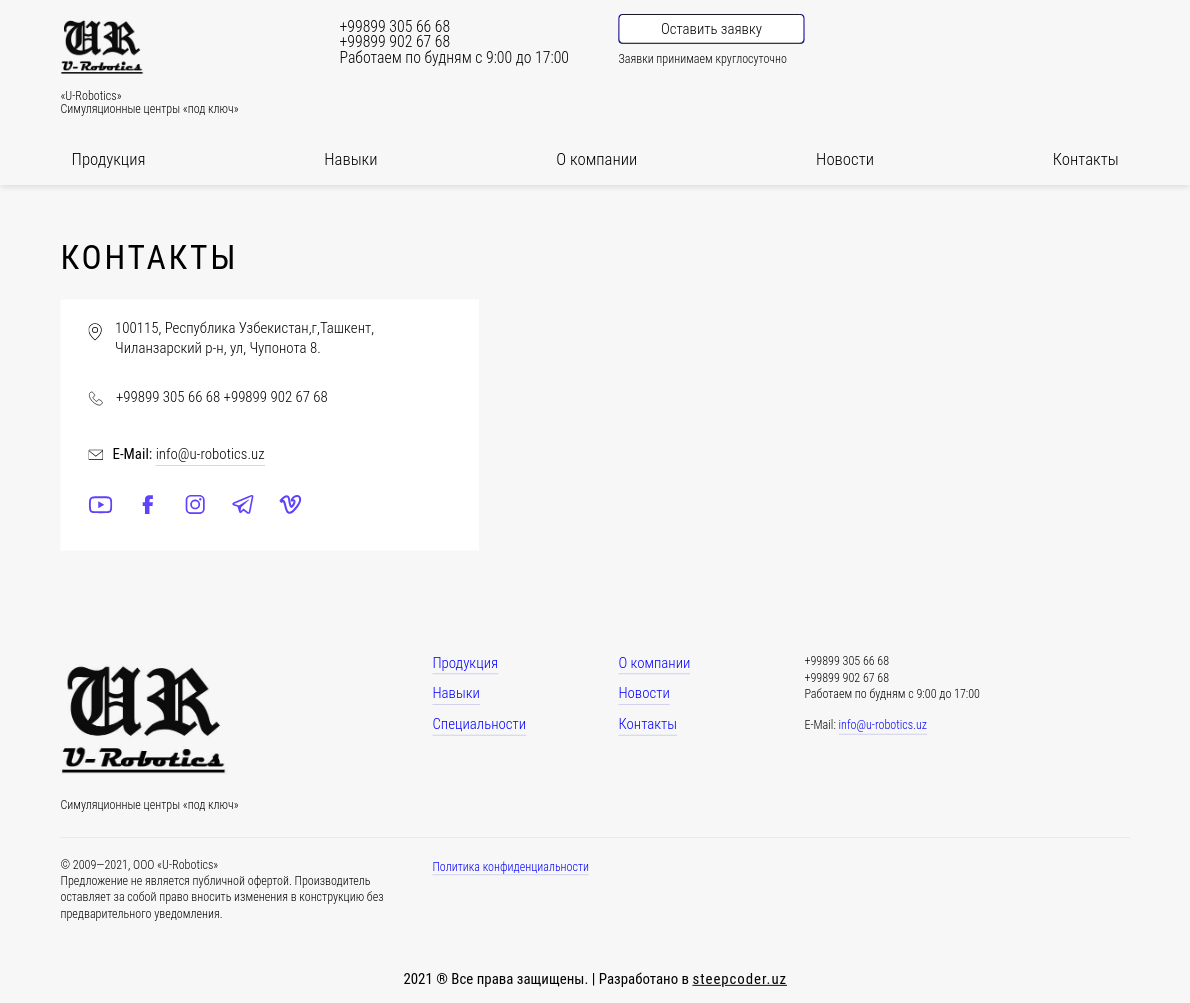
Repository: remrtehno/hotel
Page: http://localhost/contact
The author's editor kept a copy of each file at every save. The page is drawn from the files as they stood at one save, then again after the next save.
The browser window is 1280 px wide. The pictures show the whole page, at 93% of full size.
Some web fonts or font styles are not loaded; a fallback is used. The page is served by the project's Laravel application, run on PHP 8.4 with Laravel 8. Other server files are loaded and not shown. The database holds what the project's SQL file puts in it.

Above is the page before, as saved 2021-04-25 17:52:49.

### app/Providers/AppServiceProvider.php
<?php

namespace App\Providers;

use Illuminate\Support\ServiceProvider;
use App\Contact;

class AppServiceProvider extends ServiceProvider
{
    /**
     * Register any application services.
     *
     * @return void
     */
    public function register()
    {
        //
    }

    /**
     * Bootstrap any application services.
     *
     * @return void
     */
    public function boot()
    {
        view()->composer('*', function ($view) {
            $contacts = Contact::first();
            $view->with('contact_info', [
                'phone' => $contacts->phone,
                'email' => $contacts->email,
            ]);
        });
    }
}

### routes/web.php
<?php

/*
|--------------------------------------------------------------------------
| Web Routes
|--------------------------------------------------------------------------
|
| Here is where you can register web routes for your application. These
| routes are loaded by the RouteServiceProvider within a group which
| contains the "web" middleware group. Now create something great!
|
*/

Route::get('/', "MainController@index")->name("index");
Route::get('/catalog', "MainController@catalog")->name("catalog");
Route::get('/products', "MainController@products")->name("products");
Route::get('/category/{slug}', "MainController@category")->name("category");
Route::get('/detail/{slug}', "MainController@detail")->name("detail");
Route::get('/newsdetail/{slug}', "MainController@newsdetail")->name("newsdetail");
Route::get('/gallery', "MainController@gallery")->name("gallery");
Route::get('/news', "MainController@news")->name("news");
Route::get('/about', "MainController@about")->name("about");
Route::get('/video', "MainController@video")->name("video");
Route::get('/contact', "MainController@contact")->name("contact");
Route::get('/stocks', "MainController@stocks")->name("stocks");
Route::get('/services', "MainController@services")->name("services");
Route::get('/servicesdetail/{id}', "MainController@servicesdetail")->name("servicesdetail");




Route::group(['prefix'=>'admin','namespace'=>'Admin','middleware'=>'auth'], function(){

    Route::get('/', 'MainController@index');
    Route::resource('/post','ProductController');
    Route::resource('/category','CategoryController');
    Route::resource('/slider','SliderController');
    Route::resource('/services','ServicesController');
    Route::resource('/about','AboutController');
    Route::resource('/news','NewsController');
    Route::resource('/video','VideoController');
    Route::resource('/contact','ContactController');
    Route::resource('/logo','LogoController');
    Route::resource('/stock','StockController');
});

Auth::routes();

Route::get('/home', 'HomeController@index')->name('home');

### app/Contact.php
<?php

namespace App;

use Illuminate\Database\Eloquent\Model;

class Contact extends Model
{
    protected $table = "contacts";
    protected $fillable = ['email','phone','address'];



    public static function add($fields)
    {
        $post = new static;
        $post->fill($fields);
        $post->save();
        return $post;
    }

    public function edit($fields)
    {
        $this->fill($fields);
        $this->save();
    }
}

### resources/views/main/main.blade.php
<!DOCTYPE html>
<html lang="en-US">
    <head>
        <meta charset="UTF-8" />
        <meta name="viewport" content="width=device-width, initial-scale=1, maximum-scale=1">
        <meta name="keywords" content="{{ $meta_key }}">
        <meta name="description" content="{{ $meta_desc }}">


        <link rel="preconnect" href="https://fonts.gstatic.com">
        <link
            href="https://fonts.googleapis.com/css2?family=Roboto+Condensed:ital,wght@0,300;0,400;0,700;1,300&display=swap"
            rel="stylesheet">
        <link rel="icon" type="image/png" href="">
        <link href="/css/slick.css" rel="stylesheet">
        <link href="/css/slicknav.css" rel="stylesheet">
        <link href="/css/jquery.fancybox.min.css" rel="stylesheet">
        <link href="/css/styles.min.css" rel="stylesheet">
        <link href="/css/template170321.css" rel="stylesheet">
        <link rel="stylesheet" href="/css/style-new.css">

        <!--[if IE 8]>
        <link rel="stylesheet" type="text/css"
            href="/public/fazka/css/vc-ie8.css" media="screen">
        <![endif]-->
    </head>

    <body>
        @include("lib.header")

        <main>
            @yield("slider")
            @yield("userwrap")
            @yield("content")
        </main>

        @include("lib.footerinput")

        <div class="copyright" style="text-align: center; padding-bottom: 15px;">
            2021 ® Все права защищены.
            | Разработано в <a style="display: inline; color: black; letter-spacing: 1px;"
                href="http://steepcoder.uz/site"><u>steepcoder.uz</u></a>
        </div>

        <script src="js/jquery.3.2.1.min.js"></script>
        <script src="js/svg4everybody.min.js"></script>
        <script src="js/slick.min.js"></script>
        <script src="js/jquery.slicknav.js"></script>
        <script src="js/scripts.js"></script>

    </body>
</html>

### resources/views/lib/header.blade.php
<header>
    <div class="container">
        <!-- BEGIN HEADERBAR-->
        <div class="headerbar">
            <div class="headerbar__row">
                <div class="headerbar__logo">
                    <a href="">
                        <img src="/uploads/logo/logo.png" alt="">
                        <p>«U-Robotics» <br> Симуляционные центры «под ключ»</p>
                    </a>
                </div>
                <div class="headerbar__info">
                    <style>
                        .headerbar__info p {
                            font-size: 17px;
                        }

                    </style>
                    {!! $contact_info['phone'] !!}
                    <p class="mb-2"></p>

                    <p>Работаем по будням с 9:00 до 17:00</p>
                </div>
                <div class="headerbar__request">
                    <a class="js-modal-show" data-target="js-request"><span>Оставить заявку</span></a>

                    <p>Заявки принимаем круглосуточно</p>
                </div>
            </div>
        </div>
        <!-- END HEADERBAR -->
        <!-- BEGIN NAVBAR -->
        <nav class="navbar wr">
            <div class="slicknav_menu"><a href="#" aria-haspopup="true" role="button" tabindex="0"
                    class="slicknav_btn slicknav_collapsed"><span class="slicknav_menutxt"></span><span
                        class="slicknav_icon slicknav_no-text"><span class="slicknav_icon-bar"></span><span
                            class="slicknav_icon-bar"></span><span class="slicknav_icon-bar"></span></span></a>
                <ul class="slicknav_nav slicknav_hidden" aria-hidden="true" role="menu" style="display: none;">
                    <li><a href="{{ route('products') }}" role="menuitem" tabindex="-1">Продукция</a></li>
                    <li><a href="#skill" class="js-anchor">Навыки</a></li>
                    <li><a href="{{ route('about') }}">О компании</a></li>
                    <li><a href="{{ route('news') }}">Новости</a></li>
                    <li><a href="{{ route('contact') }}">Контакты</a></li>
                </ul>
            </div>
            <ul class="navbar__menu">
                <li><a href="{{ route('products') }}">Продукция</a></li>
                <li><a href="#skill" class="js-anchor">Навыки</a></li>
                <li><a href="{{ route('about') }}">О компании</a></li>
                <li><a href="{{ route('news') }}">Новости</a></li>
                <li><a href="{{ route('contact') }}">Контакты</a></li>
            </ul>
        </nav>
        <!-- END NAVBAR  -->
    </div>
</header>

### resources/views/lib/footerinput.blade.php
<footer class="footer-noborder">
    <div class="container">
        <!-- BEGIN FOOTERBAR-->
        <section class="footerbar">
            <div class="footerbar__row">
                <div class="footerbar__logo">
                    <a href="">
                        <img src="img/logo.jpg" alt="">
                        <p> Симуляционные центры «под ключ»</p>
                    </a>

                </div>

                <div class="footerbar__menu">
                    <ul>
                        <li><a href="produkciya.html">Продукция</a></li>
                        <li><a href="navyki.html">Навыки</a></li>
                        <li><a href="specialnosti.html">Специальности</a></li>
                        <li><a href="o-kompanii.html">О компании</a></li>
                        <li><a href="novosti.html">Новости</a></li>
                        <li><a href="kontakty.html">Контакты</a></li>
                    </ul>

                </div>
                <div class="footerbar__contacts">
                    {!! $contact_info['phone'] !!}
                    <p>Работаем по будням с 9:00 до 17:00</p>
                    {!! $contact_info['email'] !!}

                </div>
            </div>
        </section>
        <!-- END FOOTERBAR -->
        <!-- BEGIN BOTTOM-->
        <div class="bottom">
            <div class="bottom__row">
                <div class="bottom__copyright">
                    <span>© 2009—2021, ООО «U-Robotics»</span>
                    <br>
                    <span>Предложение не является публичной офертой. Производитель оставляет за собой право вносить
                        изменения в конструкцию без предварительного уведомления.</span>
                </div>
                <div class="bottom__privacy">
                    <a href="politika-konfidencialnosti.html">Политика конфиденциальности</a>
                </div>
            </div>
        </div>
        <!-- END BOTTOM -->
    </div>
</footer>
<!-- BEGIN MODAL-->
<div class="modal  js-modal" id="js-request">
    <p class="modal__title">Обратная связь</p>
    <!-- BEGIN FORM -->
    <form class="form" action="" enctype="multipart/form-data">
        <div class="FLresult form__group"></div>
        <div class="form__group">
            <input type="text" name="ФИО" placeholder="ФИО" required="">
        </div>
        <div class="form__group">
            <input class="phone" type="tel" placeholder="Телефон" name="Телефон" required="">
        </div>
        <div class="form__group">
            <input type="email" name="Почта" placeholder="Эл. почта" required="">
        </div>
        <div class="form__group">
            <input type="text" name="Город и место работы" placeholder="Город и место работы">
        </div>
        <div class="form__group">
            <input type="text" name="Тема сообщения" placeholder="Тема">
        </div>
        <div class="form__group">
            <textarea name="Текст сообщения" placeholder="Текст"></textarea>
        </div>
        <div class="form__file">
            <label>
                <input type="file" name="attachment">
                <span>
                    <svg>
                        <use xlink:href="img/sprite.svg#file"></use>
                    </svg>
                    Прикрепить файл
                </span>
            </label>
            <input type="text" id="filename" class="filename" disabled="">
            <button class="file-remove">
                <svg>
                    <use xlink:href="img/sprite.svg#close"></use>
                </svg>
            </button>
        </div>
        <div class="form__checkbox">
            <input type="checkbox" name="agree" id="agree" checked="" required="">
            <label for="agree">
                <span>Нажимая кнопку «Отправить», я соглашаюсь на <a
                        href="soglashenie-ob-obrabotke-personalnyh-dannyh.html">обработку персональных данных</a></span>
                <svg>
                    <use xlink:href="img/sprite.svg#check"></use>
                </svg>
            </label>
        </div>
        <input type="hidden" name="formid" value="basic" data-fl-name="Форма">
        <button class="form__submit FLajax" type="submit" data-fl-theme="Сообщение с сайта U-robotics"><span>Отправить
                сообщение</span></button>
    </form>
    <!-- END FORM -->
    <a href="#" class="modal__close  js-modal-close">✖</a>
</div>
<!-- END MODAL -->

### public/css/template170321.css
.page-title h1 {
	text-transform: uppercase;
	font-size: 36px;
	letter-spacing: 3px;
}

.has-error {
	border: 1px solid red!important;
}

.search_title {
	padding: 10px 10px 10px 16px;
	background-color: #fff;
}

.search_title a {
	color: #5e42fc;
	border-bottom: 1px solid rgba(143, 11, 11, .2);
	-webkit-transition: all .3s linear;
	transition: all .3s linear;
	font-size: 18px;
	font-weight: 300;
}

.search_extract {
	padding: 0px 10px 10px 16px;
	background-color: #fff;
}

.evoSearch_info {
	padding: 15px 10px 15px 16px;
	background-color: #fff;
	margin-bottom: 20px;
	font-size: 20px;
}

.js-modal-show {
	cursor: pointer;
}

.other-feedback {
	margin-top: 20px;
}

.product__txt a {
	color: #5e42fc;
	border-bottom: 1px solid #5e42fc;
	-webkit-transition: all .3s linear;
	transition: all .3s linear;
	font-size: 18px;
	font-weight: 300;
}

.filter__hidden,
.form__checkbox {
	transition: all .3s linear;
}

.product__header-center {
	box-sizing: border-box;
	margin-left: 25px;
	margin-right: 25px;
	word-wrap: break-word;
}

.product__txt ul li {
	list-style-type: disc;
	list-style-position: outside;
	margin-left: 20px;
}

.product__txt ol li {

}

.product__txt ol {
	padding-left: inherit;
}
.banner__caption {
	display: flex;
	align-items: center;
	justify-content: center;
	padding-top: initial;
	top: -20px;
}
.banner__txt{
	font-size: 35px;
}

.news__desc h3 {
    min-height: 90px;
}

.social ul {
    margin: 30px 0 0;
    padding: 0;
    list-style: none;
    display: -webkit-box;
    display: -ms-flexbox;
    display: flex;
    -webkit-box-align: center;
    -ms-flex-align: center;
    align-items: center;
    -webkit-box-pack: end;
    -ms-flex-pack: end;
    justify-content: start;
}
.social ul li:first-child {
    margin-left: 0;
}
.social ul li {
    margin-left: 25px;
}
.social ul li a {
    display: block;
    width: 26px;
    height: 21px;
}
.social ul li a svg {
    width: 100%;
    height: 100%;
    fill: #5e42fc;
    -webkit-transition: .3s linear;
    transition: .3s linear;
}
.social ul li a:hover svg {
    fill: #5e42fc;
		opacity: 0.7;
}

.contacts__map {
    height: 270px;
}

@media screen and (max-width: 1199px){
	.banner__txt {
		font-size: 38px;

	}
	.social ul {
    -webkit-box-pack: center;
    -ms-flex-pack: center;
    justify-content: center;
}
}

@media screen and (max-width: 991px){
	.banner__txt {

		font-size: 32px;
	}
}

### public/css/style-new.css
* {
    outline: none;
}

.footerbar__logo img {
    mix-blend-mode: multiply;
}

.headerbar__logo img {
    mix-blend-mode: multiply;
    width: 90px;
}

header {
    color: black;
    background: none;
}

header * {
    color: #000000 !important;
}

.headerbar__info a,
.headerbar__info p {
    color: black;
}

.headerbar__request a span {
    background-color: white;
    border: 1px solid #000;
    border-radius: 5px;
}

.criteria__item svg {
    fill: black;
}

.headerbar__logo {
    padding-top: 0;
}

.wrapper {
    height: 100%;
    display: flex;
    justify-content: center;
    align-items: center;
}

@media (max-width: 767px) {
    .wrapper {
        padding: 50px 10px;
    }
}

/* Основные стили */

/* Слайдер */

.slick-slider {
    min-width: 0;
}

/* Ограничивающая оболочка */

.slick-list {
    overflow: hidden;
}

/* Лента слайдов */

.slick-track {
    display: flex;
    align-items: flex-start;
}

/* Слайд */

.slick-slide {
}

/* Слайд активный */

.slick-slide.slick-active {
}

/* Слайд основной */

.slick-slide.slick-current {
}

/* Слайд по центру */

.slick-slide.slick-center {
}

/* Стрелка */

.slick-arrow {
}

/* Стрелка влево */

.slick-arrow.slick-prev {
}

/* Стрелка вправо */

.slick-arrow.slick-next {
}

/* Стрелка не активная */

.slick-arrow.slick-disabled {
}

/* Точки */

.slick-dots {
}

.slick-dots li {
}

.slick-dots button {
}

/* Конкретный слайдер */

.slider {
    position: relative;
}

.slider .slick-arrow {
    position: absolute;
    top: 50%;
    margin: -30px 0px 0px 0px;
    z-index: 10;
    font-size: 0;
    width: 30px;
    height: 60px;
    border: 0;
    outline: none;
    cursor: pointer;
}

.slider .slick-arrow.slick-prev {
    left: 15px;
    background: url("../img/sl-arrow_l.svg") 0 0 / 65% no-repeat;
}

.slider .slick-arrow.slick-next {
    right: 15px;
    background: url("../img/sl-arrow_r.svg") 0 0 / 65% no-repeat;
}

.slider .slick-arrow.slick-disabled {
    opacity: 0.2;
}

.slider .slick-dots {
    display: flex;
    align-items: center;
    justify-content: center;
}

.slider .slick-dots li {
    list-style: none;
    margin: 0px 10px;
}

.slider .slick-dots button {
    font-size: 0;
    width: 10px;
    height: 10px;
    background-color: #fff;
    border-radius: 50%;
    border: 0;
}

.slider .slick-dots li.slick-active button {
    background-color: transparent;
    border: 1px solid #fff;
}

.slider__item img {
    max-width: 100%;
}

.slider__item.slick-center {
}

@media (max-width: 992px) {
    .slicknav_menu:nth-child(2) {
        display: none;
    }
}
@media (min-width: 992px) {
    .product-container {
        display: grid;
        grid-template-columns: 270px 1fr;
        grid-template-rows: 1fr;
        gap: 30px 30px;
    }
}



.form__checkbox label::before {

}

### med.sql (the tables this page reads)
CREATE TABLE `contacts` (
  `id` bigint(20) UNSIGNED NOT NULL,
  `email` text COLLATE utf8mb4_unicode_ci NOT NULL,
  `phone` text COLLATE utf8mb4_unicode_ci NOT NULL,
  `address` text COLLATE utf8mb4_unicode_ci NOT NULL,
  `map` text COLLATE utf8mb4_unicode_ci,
  `created_at` timestamp NULL DEFAULT NULL,
  `updated_at` timestamp NULL DEFAULT NULL
) ENGINE=InnoDB DEFAULT CHARSET=utf8mb4 COLLATE=utf8mb4_unicode_ci;

INSERT INTO `contacts` (`id`, `email`, `phone`, `address`, `map`, `created_at`, `updated_at`) VALUES
(1, '<p>E-Mail: <a href=\"mailto:alan-tailor@inbox.ru\"> <strong> </strong></a><a href=\"mailto:info@urobotics.uz\">info@u-robotics.uz</a><a href=\"mailto:alan-tailor@inbox.ru\"><strong> </strong> </a></p>', '<p>+99899 305 66 68</p>\r\n\r\n<p>+99899 902 67 68</p>', '<p>100115, Республика Узбекистан,г,Ташкент, Чиланзарский р-н, ул, Чупонота 8.</p>', '{\"id\":\"1\",\"lat\":41.27600399641173,\"lng\":69.22133012340393}', NULL, '2021-05-04 07:38:21');

ALTER TABLE `contacts`
  ADD PRIMARY KEY (`id`);

ALTER TABLE `contacts`
  MODIFY `id` bigint(20) UNSIGNED NOT NULL AUTO_INCREMENT, AUTO_INCREMENT=2;

Loaded but not shown: app/Http/Controllers/Auth/LoginController.php (common file); app/Http/Controllers/Controller.php (common file); public/css/slick.css (common file); public/css/slicknav.css (common file); public/css/jquery.fancybox.min.css (library); public/css/styles.min.css (library); public/js/jquery.3.2.1.min.js (library); public/js/svg4everybody.min.js (common file); public/js/slick.min.js (library); public/js/jquery.slicknav.js (library); public/img/sprite.svg (134 lines, source omitted); public/img/media.svg (21 lines, source omitted); public/js/scripts.js (128 lines, source omitted); resources/views/contact/index.blade.php (729 lines, source omitted); app/Http/Controllers/MainController.php (203 lines, source omitted)

After the next save:
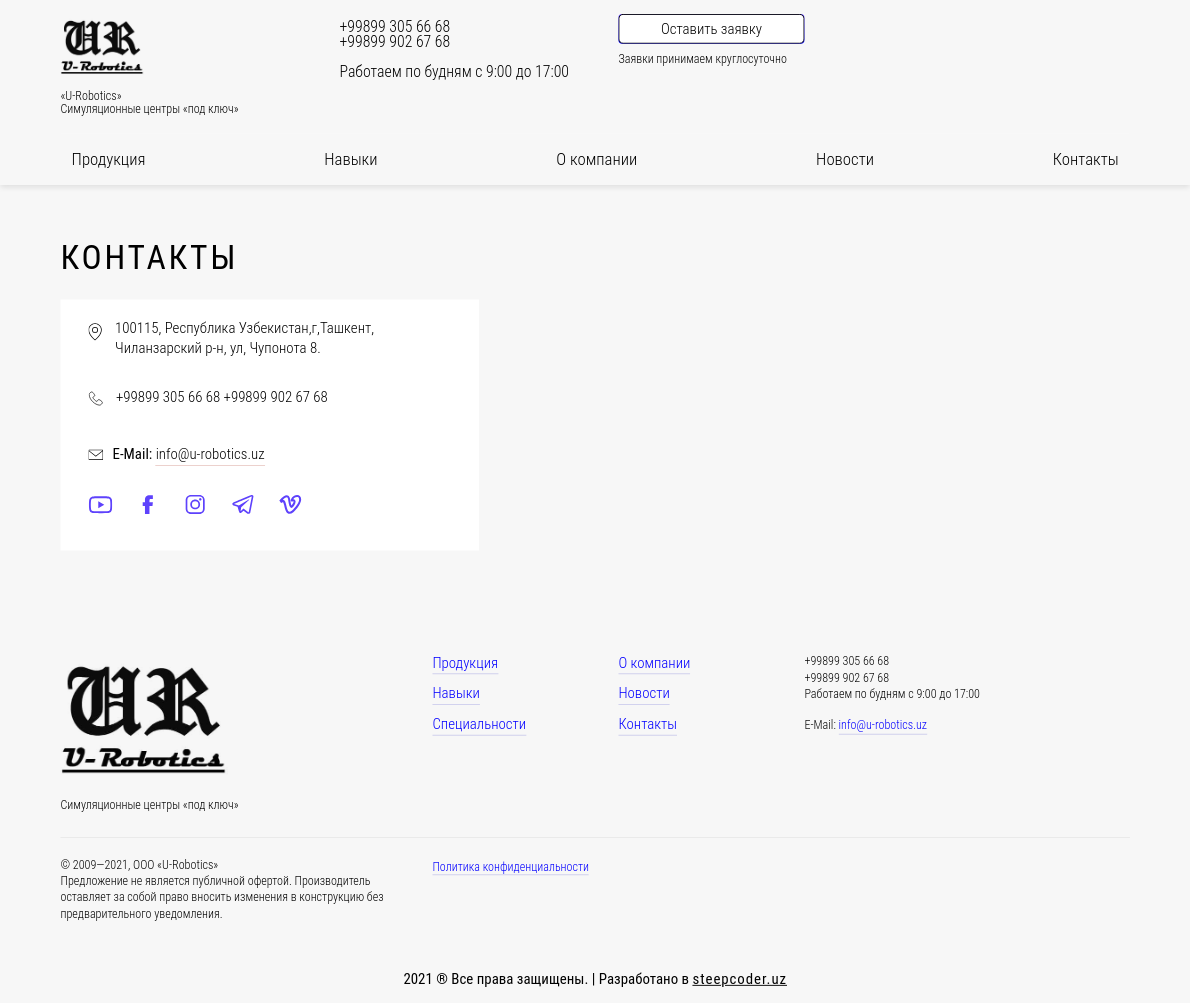
Saved 17 s later.
--- a/resources/views/lib/header.blade.php
+++ b/resources/views/lib/header.blade.php
@@ -17,7 +17,7 @@
 
                     </style>
                     {!! $contact_info['phone'] !!}
-                    <p class="mb-2"></p>
+                    <p style="margin-bottom: 15px;"></p>
 
                     <p>Работаем по будням с 9:00 до 17:00</p>
                 </div>
